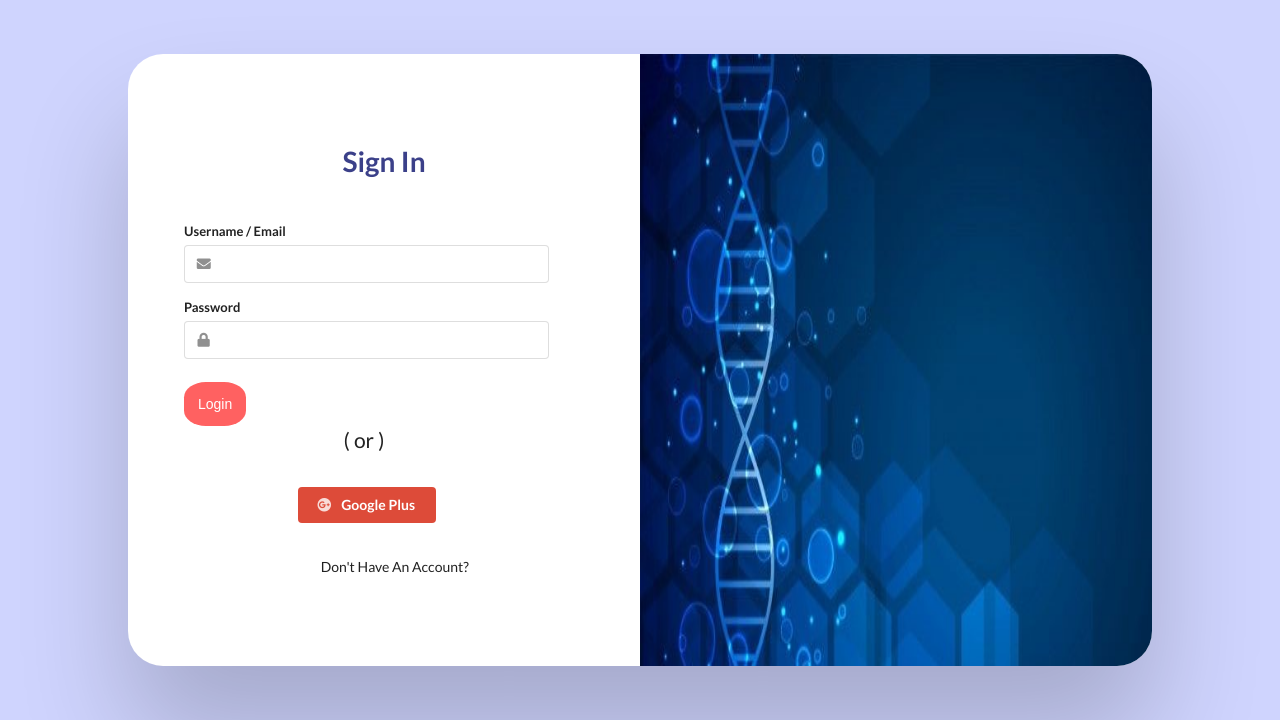
Repository: ajayaj2001/healthcare-digitization
Page: /login
The author's editor kept a copy of each file at every save. The page is drawn from the files as they stood at one save, then again after the next save.
The browser window is 1280 px wide. The pictures show the whole page.
The project was rebuilt for these pictures with package versions that can differ from the ones it lists, and the page was loaded fresh each time. Also part of the build but not shown: src/component/userType/UserType.scss, src/component/userType/UserType.js.

Above is the page before, as saved 2021-03-12 21:51:21.

After the next save:
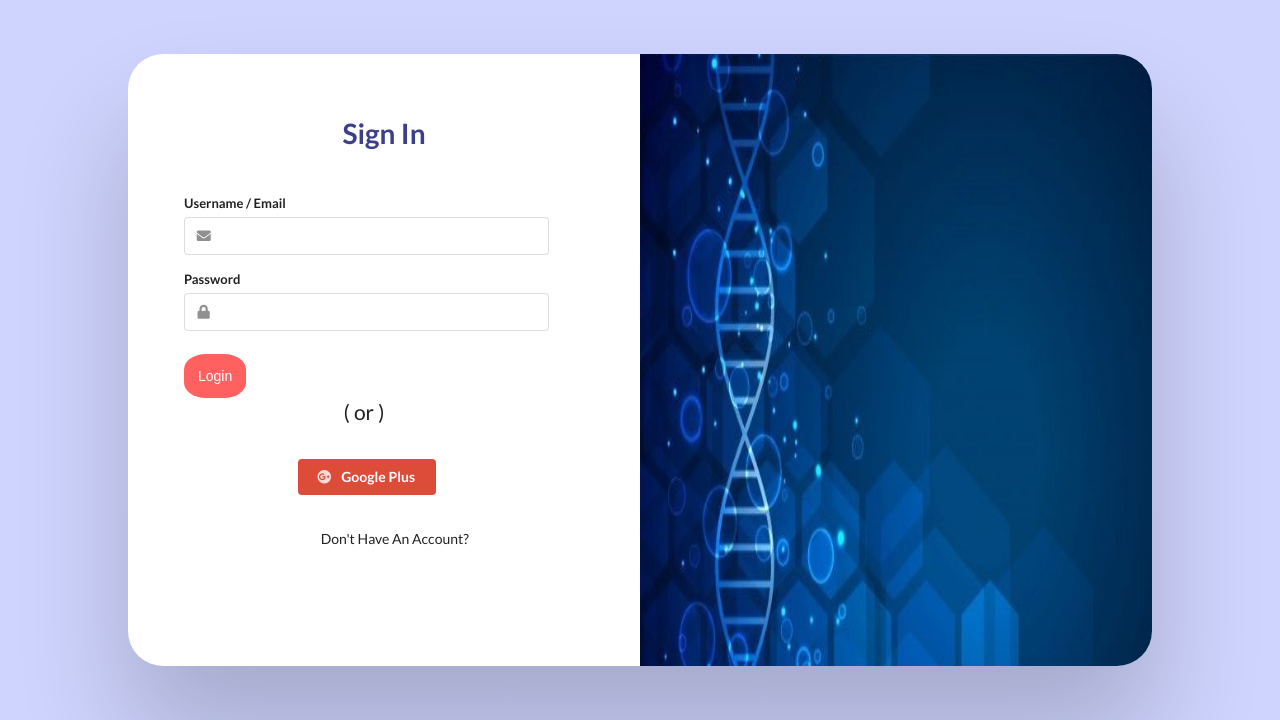
Saved 7 s later.
--- a/src/component/login/loginForm/LoginForm.scss
+++ b/src/component/login/loginForm/LoginForm.scss
@@ -28,7 +28,6 @@
     &__link {
         padding-top: 0.4rem;
         padding-left: 30%;
-        margin-bottom: -4rem;
     }
     &__input2 {
         width: 80%;

After the save that followed:
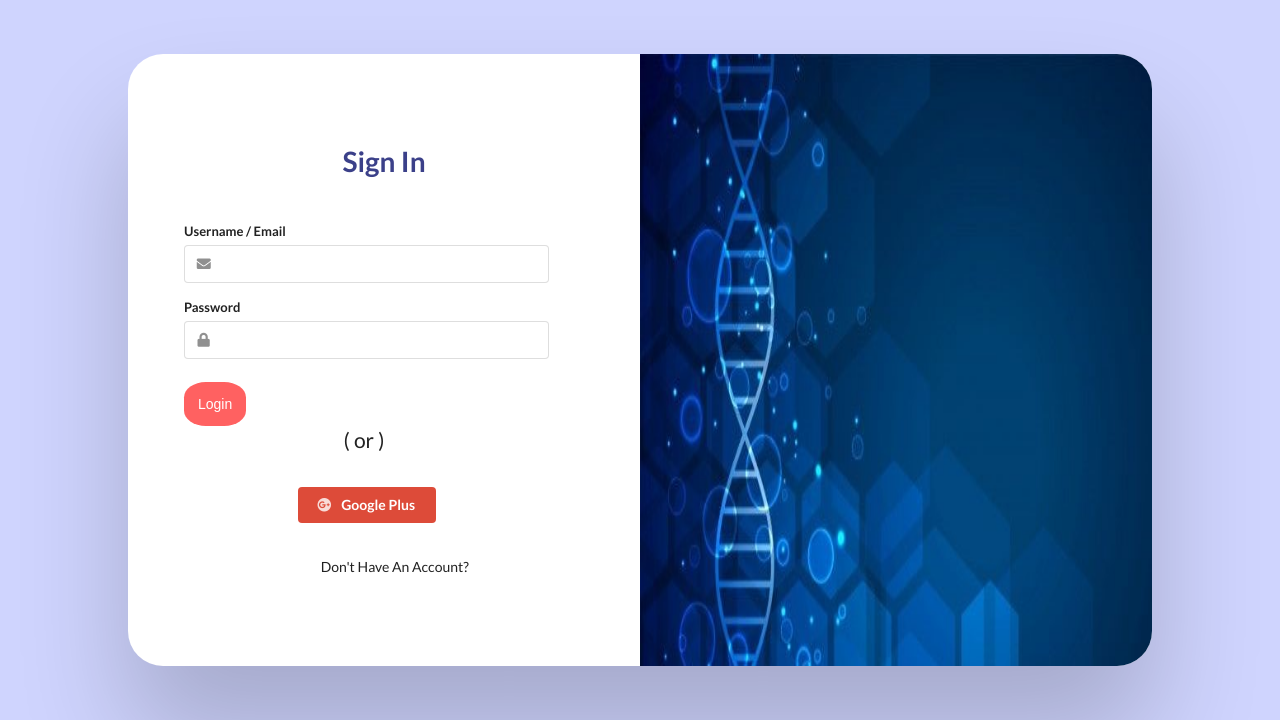
Saved 6 s later.
--- a/src/component/login/Login.scss
+++ b/src/component/login/Login.scss
@@ -31,7 +31,7 @@
     &__signin {
         display: flex;
         flex-direction: column;
-        margin-bottom: 4rem;
+        //margin-bottom: 4rem;
         &--form {
             height: 70%;
         }
